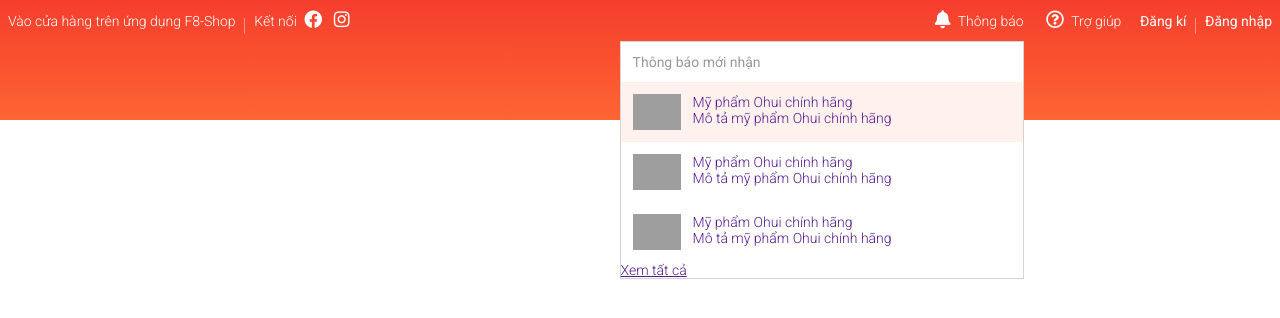
Repository: phunobi1807/shopee
Page: index.html
An editor plug-in stored every save of this project. The page is shown before and after the next save, followed by the edit.
The browser window is 1280 px wide. The pictures show the whole page.
Pictures or frames that could not be fetched are drawn as grey boxes.

Above is the page before, as saved 2021-06-13 12:27:03.

After the next save:
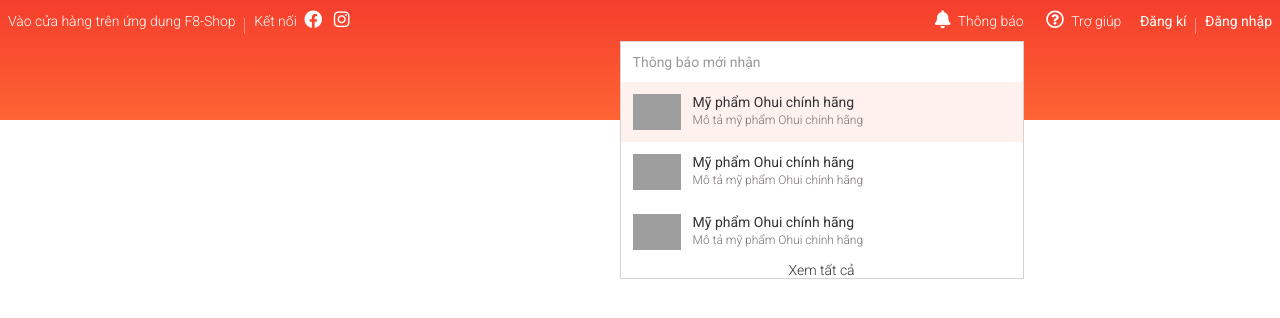
Saved 12 s later.
--- a/assets/css/main.css
+++ b/assets/css/main.css
@@ -179,8 +179,9 @@
 {
     display: block;
     font-size: 1.4rem;
-    color: var(--text-color;
+    color: var(--text-color);
     font-weight: 400;
+    line-height: ;
 }
 .header__notify-description
 {
